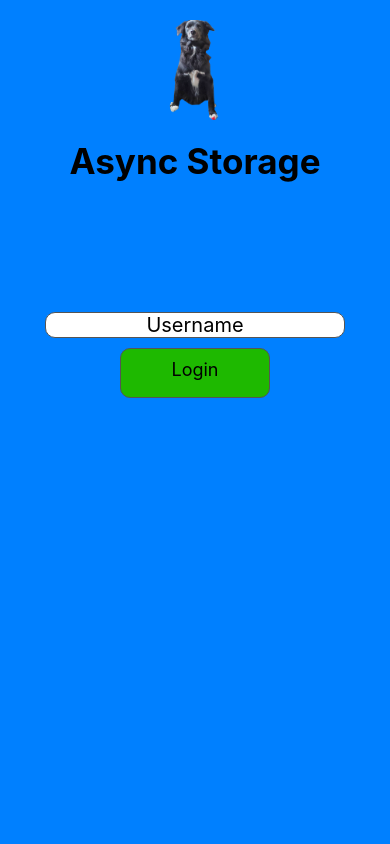
Repository: Curraje/scatter-seed-app
Screen: /
These files come from the project's save history. The screen is drawn as it stood at one moment and after a run of saves; the edit follows.
The app was drawn by React Native's web renderer in a window 390 px wide. The project was rebuilt for these pictures with package versions that can differ from the ones it lists, and the page was loaded fresh each time. Some packages were replaced by stand-ins written for this rebuild. Also part of the build but not shown: src/screens/Home.tsx.

Above is the screen before, as saved 2022-03-06 14:29:15.

After the next 2 saves:
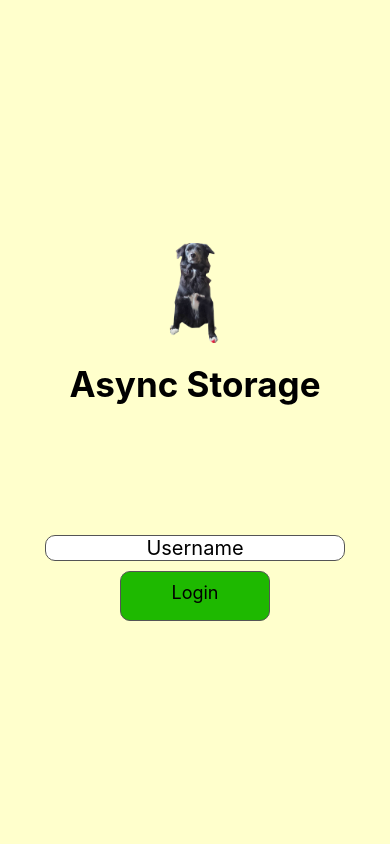
The 2 saves are shown as one change because 1 did not build or start.
The last was saved 39 s later.
--- a/src/screens/Login.tsx
+++ b/src/screens/Login.tsx
@@ -3,6 +3,7 @@ import React, { useEffect, useState } from "react";
 import { View, StyleSheet, Image, Text, TextInput, Alert } from "react-native";
 import CustomButton from "../utils/CustomButton";
 import AsyncStorage from "@react-native-async-storage/async-storage";
+import GlobalStyles from "../utils/GlobalStyles";
 
 // eslint-disable-next-line @typescript-eslint/no-explicit-any
 export default function Login({ navigation }: any) {
@@ -41,7 +42,7 @@ export default function Login({ navigation }: any) {
 
   return (
     <View
-      style={styles.loginBody}
+      style={GlobalStyles.body}
     >
       <Image
         style={styles.loginImage}
